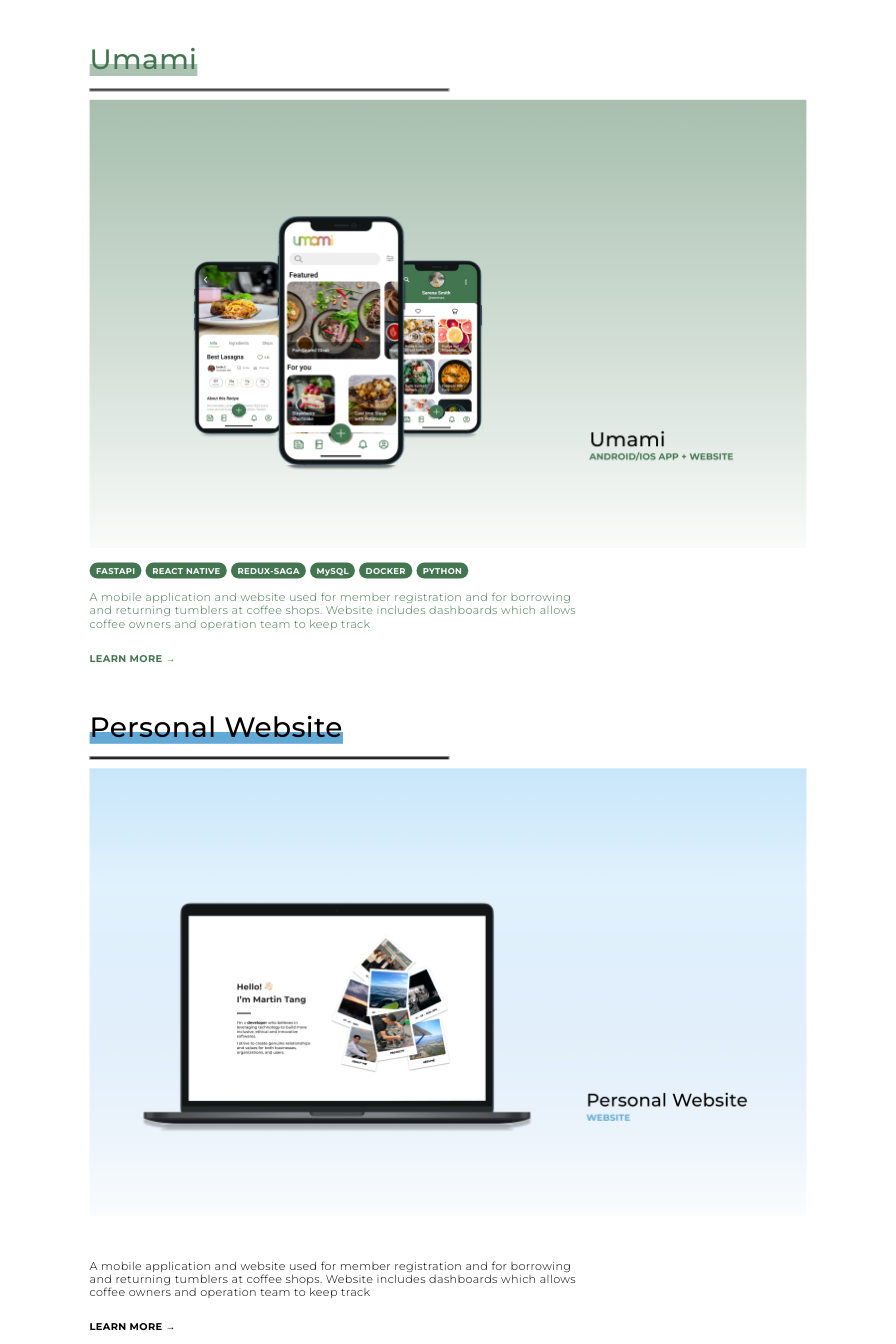
Repository: TangMartin/martintang
Page: index.html
The author's editor kept a copy of each file at every save. The page is drawn from the files as they stood at one save, then again after the next save.
The browser window is 1280 px wide. The pictures show the part of the page from y = 1062 to 2982 px (the page is 2982 px tall), at 70% of full size.

Above is the page before, as saved 2021-11-24 22:13:42.

### index.html
<!DOCTYPE html>

<html>
    <head>
        <link href="./styles/style.css" rel="stylesheet">
        <link rel="preconnect" href="https://fonts.googleapis.com">
        <link rel="preconnect" href="https://fonts.gstatic.com" crossorigin>
        <link href="https://fonts.googleapis.com/css2?family=Montserrat:wght@300;500;700&display=swap" rel="stylesheet">
        <title> Martin Tang</title>
    </head>

    <body>
        <!-- Nav Bar-->
        <!-- Main Page-->
        <div class="flex-main">
            <!-- Left Box-->
            <div class="flex-left">
                <h1>Hello! <span class="wave" style="margin-left: 4%;">👋🏻</span> </h1>
                <h1>I'm Martin Tang</h1>
                <hr style="height:5px; width:15%; margin-left:0; background-color:#222020; display: inline-block">
                <h3>I'm a <strong>developer</strong> who believes in leveraging technology to build more inclusive, ethical and innovative softwares. </h3>
                <h3>I strive to create genuine relationships and values for both businesses, organizations, and users.</h3>
            </div>
            <!-- Right Box-->
            <div class="flex-right">
                <div class="image-stack">
                    <a style="grid-column: 8; grid-row: 10; cursor: pointer; --turn-radius: 12deg; cursor: pointer;" href="./Martin_Tang_Resume.pdf" target="_blank" download>
                        <img src="./assets/polaroids/Resume.png"/>
                    </a>
                    <img style="grid-column: 3; grid-row: 1; --turn-radius: -12deg;" src="./assets/polaroids/Apsc100.png" />
                    <img style="grid-column: 1; grid-row: 7; --turn-radius: -12deg;" src="./assets/polaroids/Sunset.png" />
                    <img style="grid-column: 7; grid-row: 5; --turn-radius: 15deg;" src="./assets/polaroids/Hongkongpng.png" />
                    <a style="grid-column: 3; grid-row: 12; --turn-radius: -12deg; cursor: pointer;" href="./pages/aboutme.html">
                        <img src="./assets/polaroids/Aboutme.png" />
                    </a>
                    <img style="grid-column: 4; grid-row: 5; --turn-radius: -4deg;"src="./assets/polaroids/Jetski.png" />
                    <a style="grid-column: 5; grid-row: 9; --turn-radius: 10deg; cursor: pointer;" href="#featuredwork">
                        <img src="./assets/polaroids/Projects.png"/>
                    </a>
                </div>
            </div>
        </div>
        <div class="featured_work" id="featuredwork">
            <!-- Featured Work -->
            <h1 style="text-align: center; padding-top: 5rem;"> Featured Work </h1>
            <ul class="work_list">

                <!-- Umami -->
                <li class="work_item" style="--work-color: #447551;">
                    <h1><span class="highlight" style="--highlighter-color: #ACC2B2;">Umami</span></h1>
                    <hr style="height:2.5px; width:50%; margin-left:0; background-color:#222020; display: inline-block; margin">
                    <img class="work_image" src="./assets/images/Umami.png" />
                    <div class="technologies">
                        <p>FASTAPI</p>
                        <p>REACT NATIVE</p>
                        <p>REDUX-SAGA</p>
                        <p>MySQL</p>
                        <p>DOCKER</p>
                        <p>PYTHON</p>
                    </div>
                    <p class="work_description">
                        A mobile application and website used for member registration and for borrowing and returning tumblers at coffee shops.  Website includes dashboards which allows coffee owners and operation team to keep track
                    </p>
                    <h3> LEARN MORE → </h3>
                </li>

                <!-- Personal Website -->
                <li class="work_item" style="--work-color: #FFFFF;">
                    <h1><span class="highlight" style="--highlighter-color: #62AAD5;">Personal Website</span></h1>
                    <hr style="height:2.5px; width:50%; margin-left:0; background-color:#222020; display: inline-block">
                    <img class="work_image" src="./assets/images/Personalwebsite.png" />
                    <div class="technologies">
                        <p>FAST API</p>
                        <p>REACT NATIVE</p>
                        <p>REDUX-SAGA</p>
                        <p>SQL</p>
                        <p>DOCKER</p>
                    </div>
                    <p class="work_description">
                        A mobile application and website used for member registration and for borrowing and returning tumblers at coffee shops.  Website includes dashboards which allows coffee owners and operation team to keep track
                    </p>
                    <h3> LEARN MORE → </h3>
                </li>

            </ul>
        </div>
    </body>
</html>

### styles/style.css
:root {
    --highlighter-color: #EEDF5B;
    --work-color: #1cca73;
    --turn-radius: 6deg;
}

html{
    scroll-behavior: smooth;
}
body {
    max-width: 70rem;
    margin-right: auto;
    margin-left: auto;
    width: 80vw;
    padding-top: 2rem;
}

body,
h1,
h2,
h3,
h4,
h5 {
  font-family: 'Montserrat', sans-serif;
  letter-spacing: 0.5px;
}

h3 {
    margin-top: 10px;
    color: #222020;
    font-size: 20px;
    font-weight: 300;
}

/* MAIN PAGE */
.flex-main {
    display: flex;
    flex-direction: row;
}
.flex-main h1 {
    display: flex;
    flex-direction: row;
    font-size: 50px;
    margin: 5px 0px 10px 0px;
}

.flex-left {
    width: 40%;
    padding-top: 23%;
    padding-bottom: 2%;
}
.flex-right {
    width: 60%;
}
.image-stack{
    display: grid;
    grid-template-columns: repeat(12, 55px);
    grid-template-rows: repeat(19, 48px);
    padding-left: 10%;

}
.image-stack img {
    transition: all 0.3s ease-in-out 0s;
}
.image-stack img:hover {
    transform: rotate(var(--turn-radius));
    transition: all 0.3s ease-in-out 0s;
}

.wave {
    animation-name: wave-animation;  /* Refers to the name of your @keyframes element below */
    animation-duration: 2.5s;        /* Change to speed up or slow down */
    animation-iteration-count: infinite;  /* Never stop waving :) */
    transform-origin: 70% 70%;       /* Pivot around the bottom-left palm */
    display: inline-block;
  }

  @keyframes wave-animation {
      0% { transform: rotate( 0.0deg) }
     10% { transform: rotate(14.0deg) }  /* The following five values can be played with to make the waving more or less extreme */
     20% { transform: rotate(-8.0deg) }
     30% { transform: rotate(14.0deg) }
     40% { transform: rotate(-4.0deg) }
     50% { transform: rotate(10.0deg) }
     60% { transform: rotate( 0.0deg) }  /* Reset for the last half to pause */
    100% { transform: rotate( 0.0deg) }
  }

/* FEATUERED WORK */
.featured_work {
    margin-top: -5%;
}
.featured_work h1 {
    font-size: 40px;
}
.work_list {
    list-style: none;
    padding-left: 0;
}
.work_item {
    margin-top: 4rem;
    color: var(--work-color);
}
.work_item h1{
    margin-bottom: 1%;
}
.work_item h3{
    margin-top: 3%;
    font-weight: bold;
    font-size: 14px;
    color: var(--work-color);
}
.work_image {
    max-width: 100%;
}
.work_description {
    margin-top: 5px;
    font-weight: 350;
    width: 70%;
}
.highlight {
    background: linear-gradient(180deg, #FFFFFF 65%, var(--highlighter-color) 65%);
    font-weight: 400;
}
.technologies {
    margin-top: 5px;
    display: flex;
    flex-direction:row;
}
.technologies p {
    font-size: 12px;
    margin-right: 6px;
    color: #FFFFFF;
    font-weight: 600;
    border-radius:20px;
    padding: 4px 9px 4px 9px;
    background: var(--work-color);
}

After the next save:
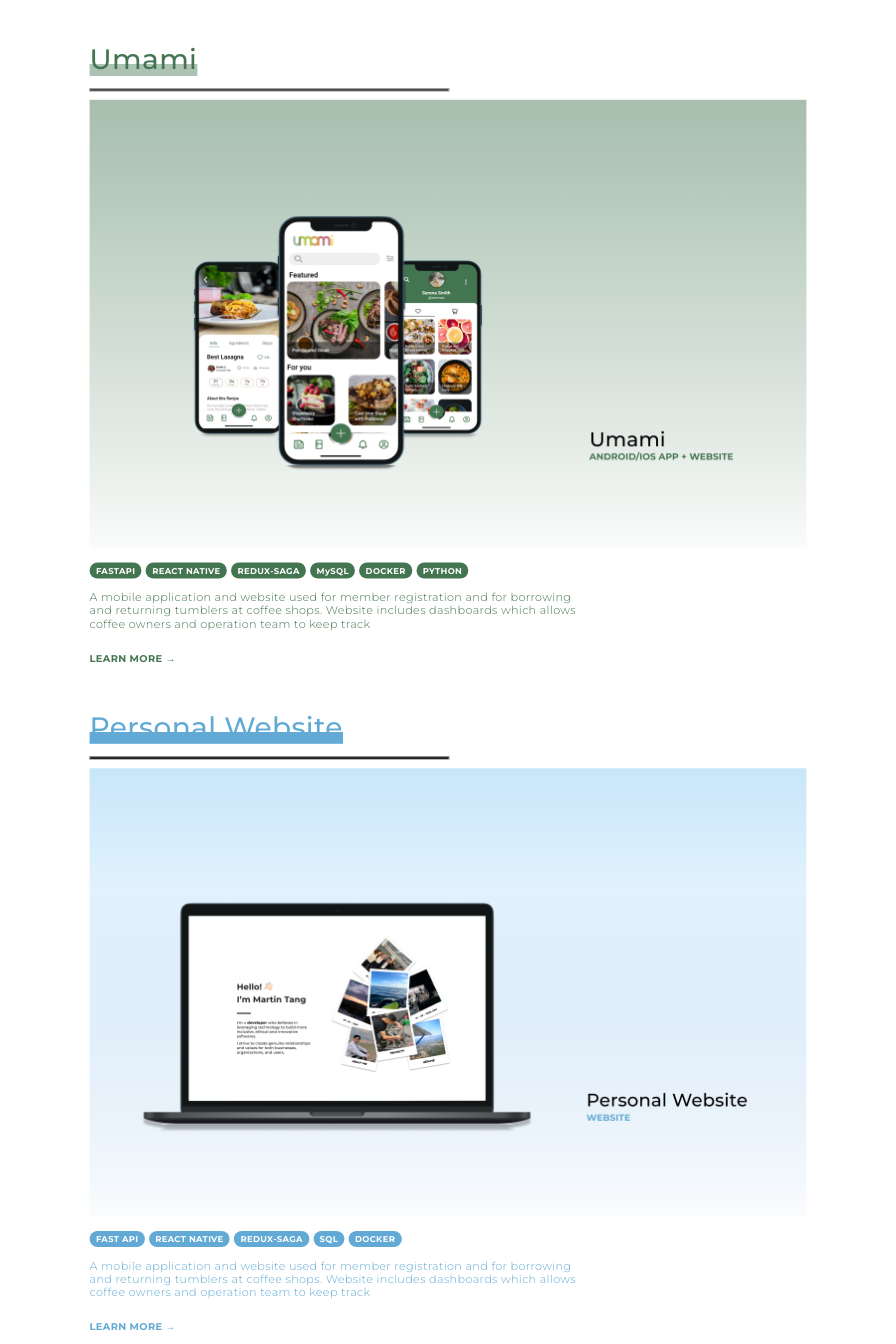
Saved 32 s later.
--- a/index.html
+++ b/index.html
@@ -65,7 +65,7 @@
                 </li>
 
                 <!-- Personal Website -->
-                <li class="work_item" style="--work-color: #FFFFF;">
+                <li class="work_item" style="--work-color: #62AAD5;">
                     <h1><span class="highlight" style="--highlighter-color: #62AAD5;">Personal Website</span></h1>
                     <hr style="height:2.5px; width:50%; margin-left:0; background-color:#222020; display: inline-block">
                     <img class="work_image" src="./assets/images/Personalwebsite.png" />
